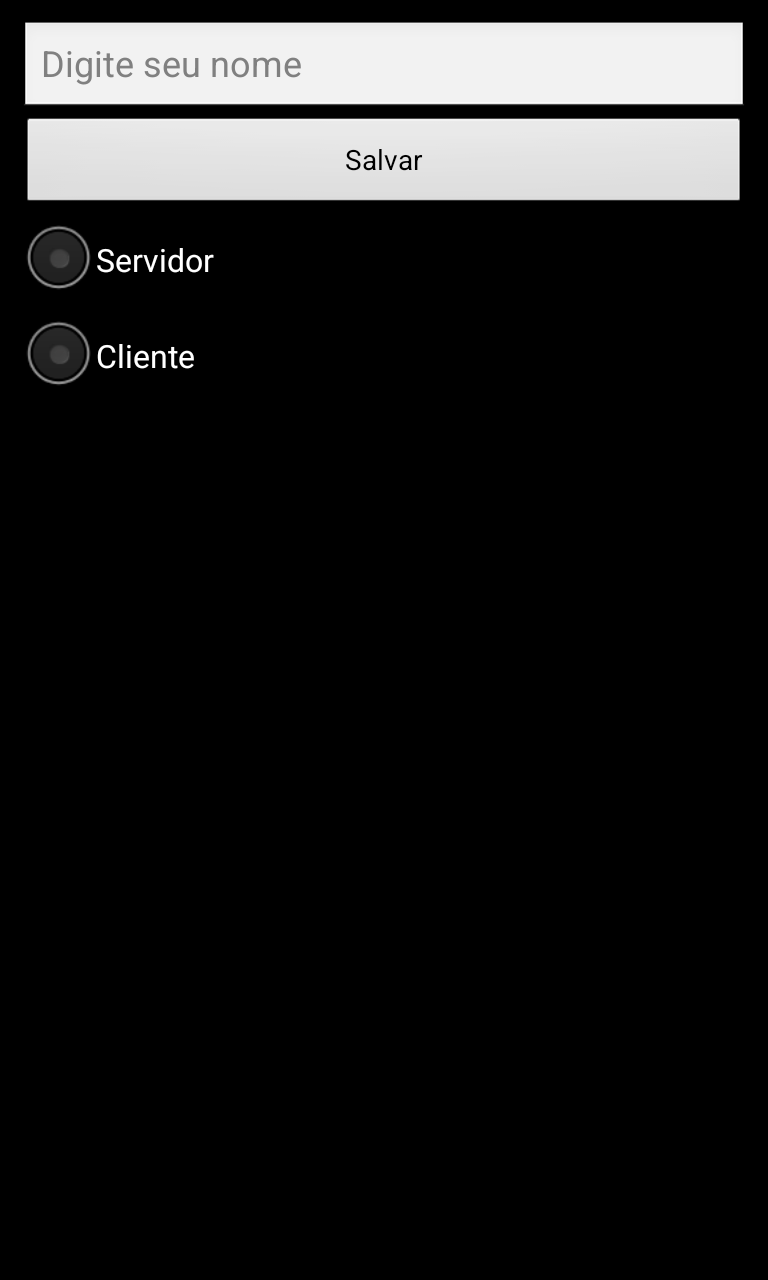
Repository: JoelmirMoura/AppMensagem
Layout: Mensagem/res/layout/config.xml
The author's editor kept a copy of each file at every save. The layout is drawn from the files as they stood at one save, then again after the next save.
It is drawn on a 768 x 1280 px phone screen (xhdpi) without system bars, with theme android:Theme; the app's code is not run.

Above is the layout before, as saved 2026-04-27 18:56:48.

After the next save:
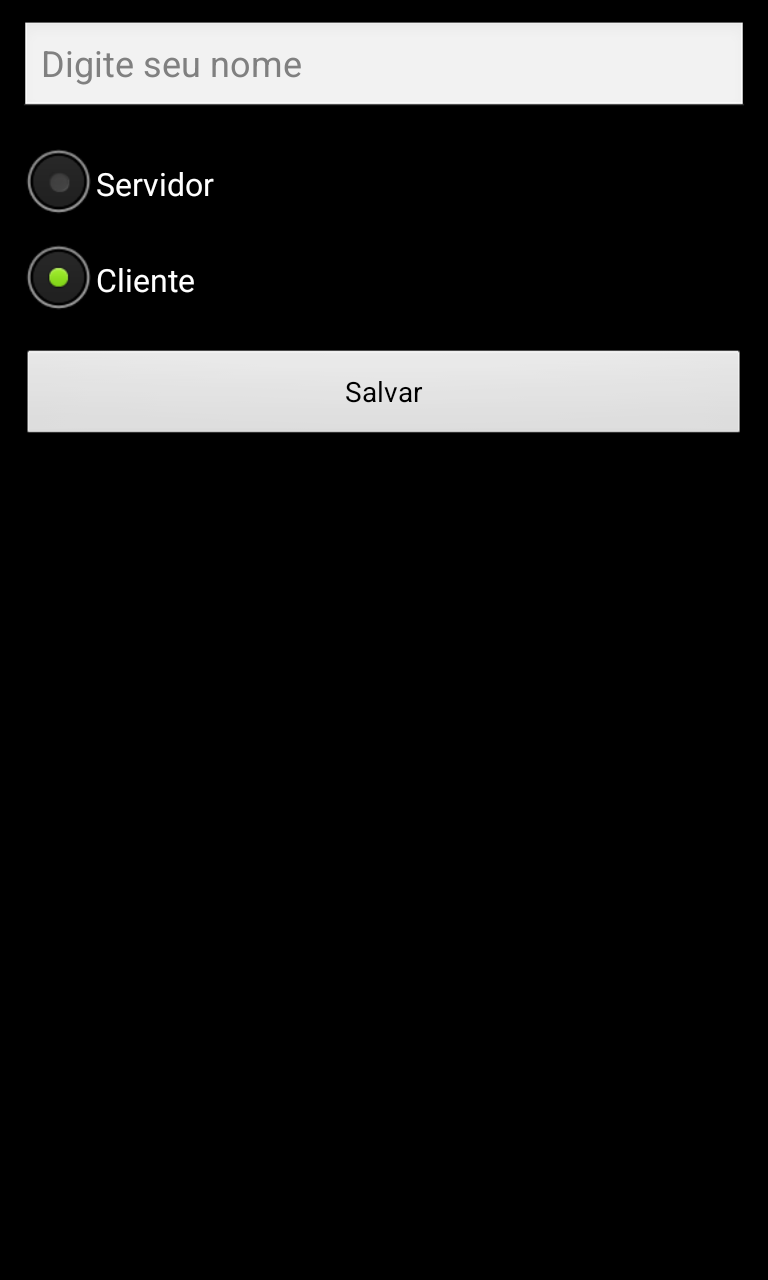
Saved 85 s later.
--- a/Mensagem/res/layout/config.xml
+++ b/Mensagem/res/layout/config.xml
@@ -8,26 +8,34 @@
         android:id="@+id/editNome"
         android:layout_width="fill_parent"
         android:layout_height="wrap_content"
-        android:hint="Digite seu nome"/>
+        android:hint="Digite seu nome" />
+
+    <RadioGroup
+        android:id="@+id/radioModo"
+        android:layout_width="fill_parent"
+        android:layout_height="wrap_content"
+        android:paddingTop="10dp">
+
+        <RadioButton
+            android:id="@+id/radioServer"
+            android:layout_width="wrap_content"
+            android:layout_height="wrap_content"
+            android:text="Servidor" />
+
+        <RadioButton
+            android:id="@+id/radioClient"
+            android:layout_width="wrap_content"
+            android:layout_height="wrap_content"
+            android:text="Cliente"
+            android:checked="true" />
+
+    </RadioGroup>
 
     <Button
         android:id="@+id/btnSalvar"
         android:layout_width="fill_parent"
         android:layout_height="wrap_content"
-        android:text="Salvar"/>
+        android:text="Salvar"
+        android:layout_marginTop="10dp" />
 
-        <RadioGroup
-    android:id="@+id/radioModo"
-    android:layout_width="wrap_content"
-    android:layout_height="wrap_content">
-
-    <RadioButton
-        android:id="@+id/radioServer"
-        android:text="Servidor" />
-
-    <RadioButton
-        android:id="@+id/radioClient"
-        android:text="Cliente" />
-
-</RadioGroup>
 </LinearLayout>
